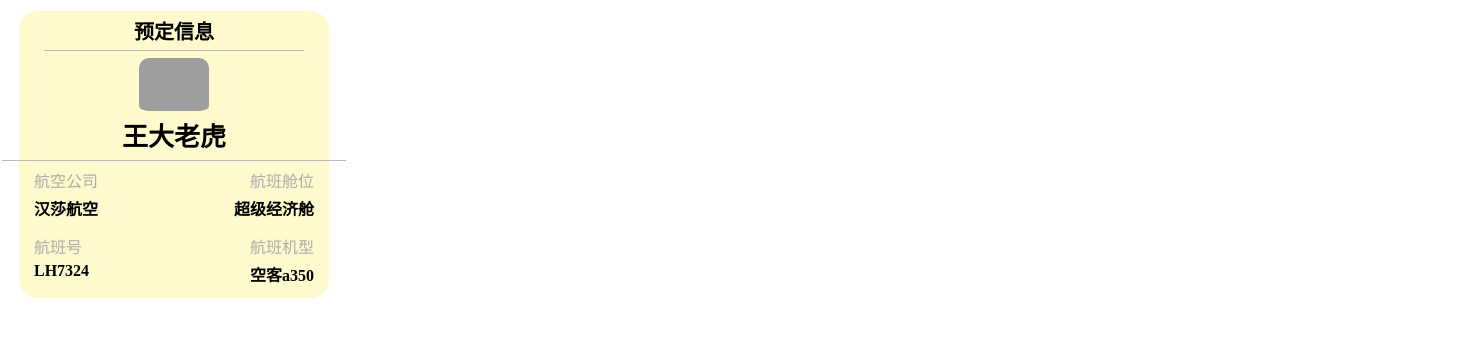
Repository: xzm1997/react-learning
Page: /
An editor plug-in stored every save of this project. The page is shown before and after the next save, followed by the edit.
The browser window is 1280 px wide. The page is 1280 px wide, then 1481 px, so the pictures cover 1481 px, including what lies to the right of the window. The pictures show the whole page.
Pictures or frames that could not be fetched are drawn as grey boxes. The project was rebuilt for these pictures with package versions that can differ from the ones it lists, and the page was loaded fresh each time.

Above is the page before, as saved 2023-01-31 11:13:32.

After the next save:
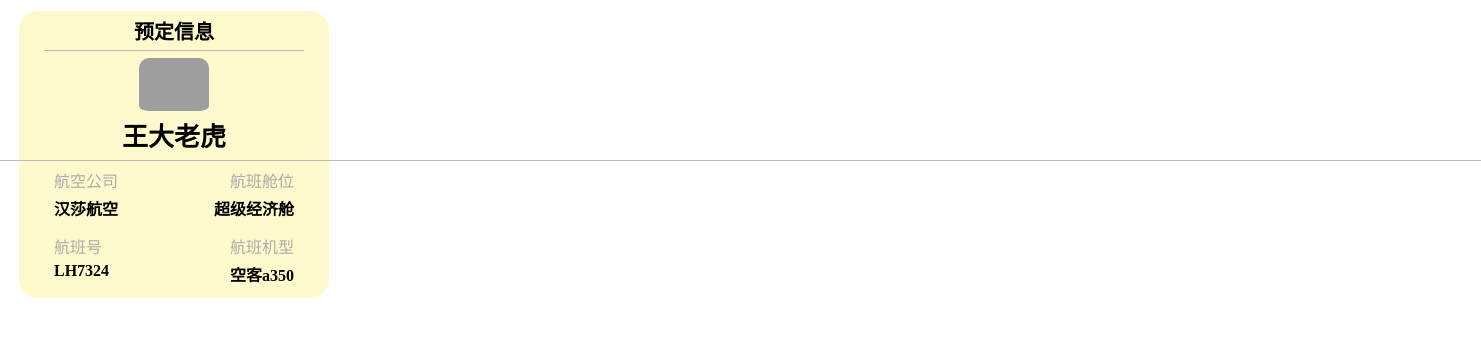
Saved 15 s later.
--- a/src/index.css
+++ b/src/index.css
@@ -14,7 +14,7 @@
   display: flex;
   flex-direction: column;
   align-items: center;
-  width: 330px;
+  width: 2600px;
   padding: 7px;
   border-bottom: solid 1px #bbb;
 }
@@ -64,7 +64,7 @@
 }
 
 .infoItem {
-  width: 140px;
+  width: 120px;
 }
 
 .rightSide {
